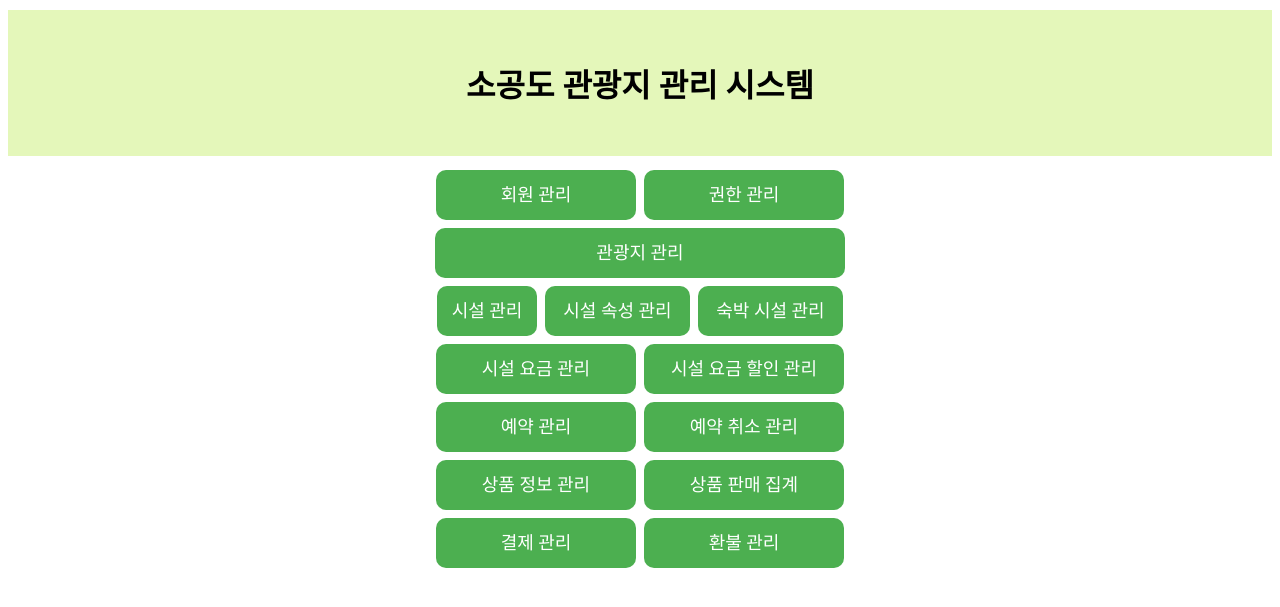
Repository: psyoongsc/SogongDo_Facility
Page: http://localhost/SogongDo_Management_System/
The author's editor kept a copy of each file at every save. The page is drawn from the files as they stood at one save, then again after the next save.
The browser window is 1280 px wide. The pictures show the whole page.
The page is served by Tomcat 9. Nobody is signed in. The application's start-up code is not run. Other server files are loaded and not shown.

Above is the page before, as saved 2020-06-25 19:15:04.

### SogongDo_Management_System/WebContent/index.jsp
<%@ page language="java" contentType="text/html; charset=UTF-8"
    pageEncoding="UTF-8"%>
<!DOCTYPE html>
<html>
<head>
<meta charset="EUC-KR">
<title>소공도 관광지 관리 시스템</title>
<style>
a {
	text-decoration: none;
	text-align: center;
	background-color: #4CAF50;
	width: 200px;
	line-height: 50px;
	font-size: large;
	display: inline-block;
	border-radius: 10px 10px;
	margin: 4px 2px;
	color: #FFFFFF;
}

a:hover {
	background-color: #99FF99;
	color: #000000;
	font-weight: bold;
}
.container {
	text-align: center;
}

.title {
	font-size: xx-large;
	font-weight: bold;
	margin: 10px 0px;
	padding: 50px 0px;
	background-color: #E4F7BA;
}
</style>
</head>
<body>
	<div class="container title">
		소공도 관광지 관리 시스템
	</div>
	<div class="container">
		<a href="Member/view">회원 관리</a>
		<a href="Authority/view">권한 관리</a>
		<br>
		<a style="width: 410px;" href="TouristSite/view">관광지 관리</a>
		<br>
		<a style="width: 100px;" href="Facility/view">시설 관리</a>
		<a style="width: 145px;" href="Facility/Attribute/view">시설 속성 관리</a>
		<a style="width: 145px;" href="Facility/Lodge/view">숙박 시설 관리</a>
		<br>
		<a href="Facility/Charge/view">시설 요금 관리</a>
		<a href="Facility/Charge/discount/view">시설 요금 할인 관리</a>
		<br>
		<a href="Reservation/view">예약 관리</a>
		<a href="Reservation/Cancel/view">예약 취소 관리</a>
		<br>
		<a href="Product/view">상품 정보 관리</a>
		<a href="Product/Sell/view">상품 판매 집계</a>
		<br>
		<a href="Payment/view">결제 관리</a>
		<a href="Refund/view">환불 관리</a>
	</div>
</body>
</html>

After the next save:
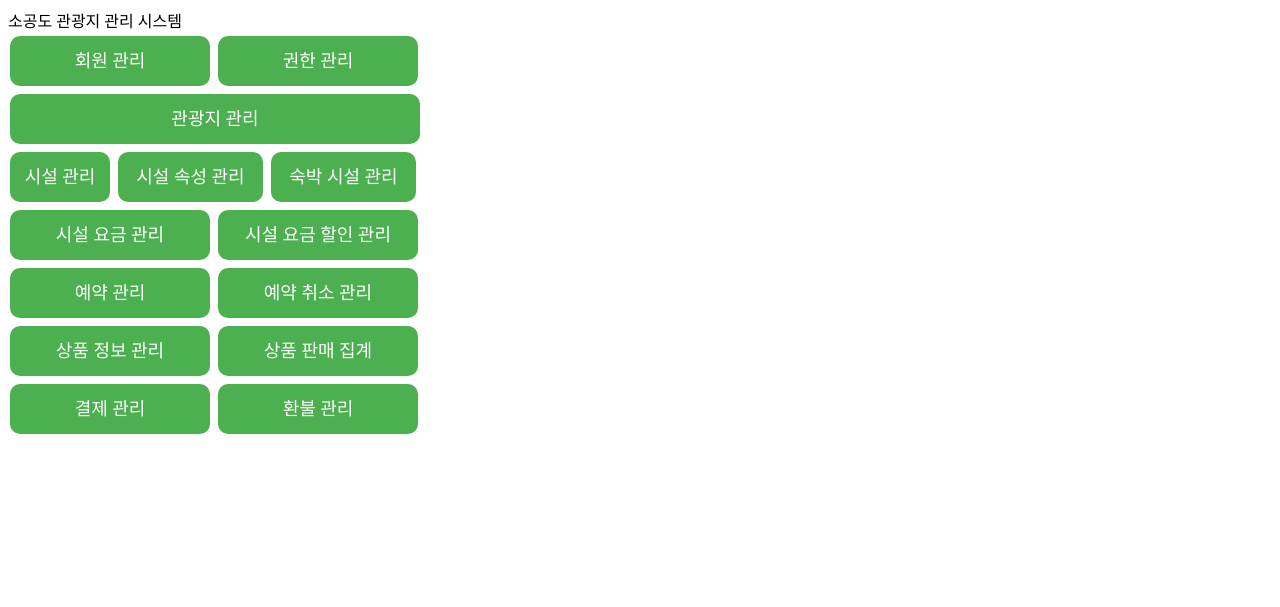
Saved 7 s later.
--- a/SogongDo_Management_System/WebContent/index.jsp
+++ b/SogongDo_Management_System/WebContent/index.jsp
@@ -23,17 +23,6 @@ a:hover {
 	background-color: #99FF99;
 	color: #000000;
 	font-weight: bold;
-}
-.container {
-	text-align: center;
-}
-
-.title {
-	font-size: xx-large;
-	font-weight: bold;
-	margin: 10px 0px;
-	padding: 50px 0px;
-	background-color: #E4F7BA;
 }
 </style>
 </head>
